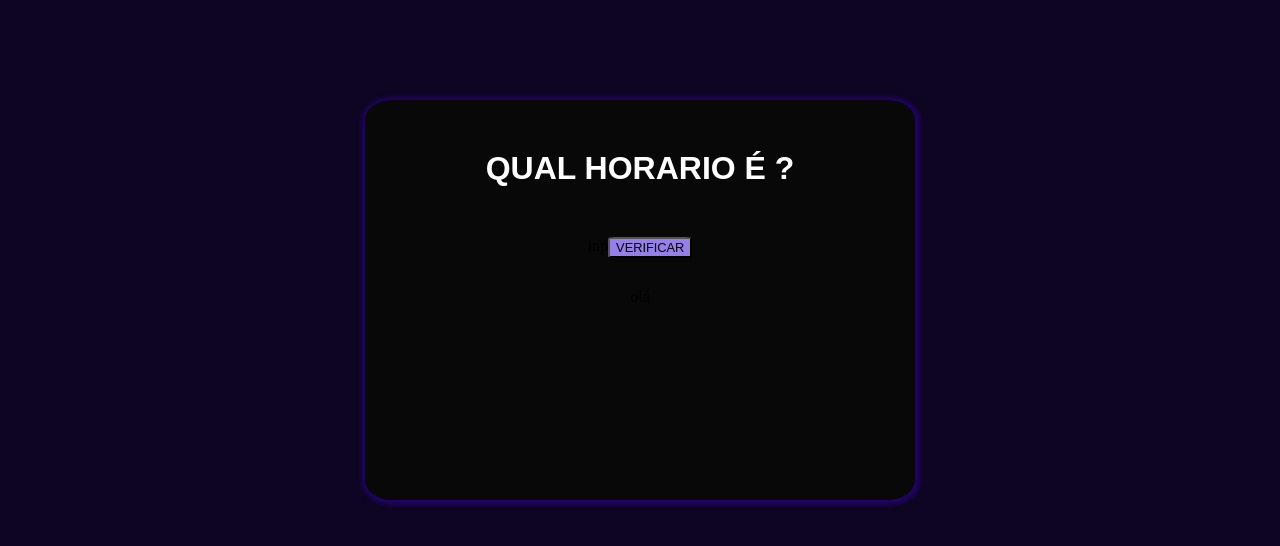
Repository: Ramonuriel/JS-Projetos
Page: Qual horario é/index.html
An editor plug-in stored every save of this project. The page is shown before and after the next save, followed by the edit.
The browser window is 1280 px wide. The pictures show the whole page.

Above is the page before, as saved 2022-11-14 16:12:32.

### Qual horario é/index.html
<!DOCTYPE html>
<html lang="pt-Br">

<head>
  <meta charset="UTF-8">
  <meta http-equiv="X-UA-Compatible" content="IE=edge">
  <meta name="viewport" content="width=device-width, initial-scale=1.0">
  <link rel="stylesheet" href="Css/style.css">
  <title>Qual Estação estamos ? ?</title>
</head>

<body>
  <section class="projeto">
    <h1 class="title-projeto">
      Qual Horario é ?
    </h1>
    <div class="box">
      inp
      <button class="btn" type="submit">Verificar</button>
    </div>
    <div class="resultado">

    </div>
  </section>


  <script src="/Js/script.js"></script>
</body>

</html>

### Qual horario é/Css/style.css
html {
  margin: 0%;
  padding: 0%;
  max-width: 1400px;
  max-height: 700px;
}
body {
  background-color: rgb(14, 5, 34);
}
.projeto {
  margin-top: 100px;
  margin-left: auto;
  margin-right: auto;
  display: flex;
  flex-direction: column;
  align-items: center;
  box-sizing: content-box;
  width: 550px;
  background-color: rgb(8, 8, 8);
  height: 400px;
  border-radius: 5%;
  box-shadow: 1px 1px 4px 4px rgb(31, 4, 100);
}

.title-projeto {
  text-transform: uppercase;
  font-family: Arial, sans-serif;
  font-size: 2rem;
  color: white;
  margin-top: 50px;
  margin-bottom: 50px;
}

.box {
  display: flex;
}
#data {
  width: 200px;
  height: 25px;
  background-color: rgb(150, 127, 233);
  color: black;
  margin-right: 20px;
  font-size: 1rem;
  text-align: center;
  border-radius: 8%;
}

.btn {
  font-size: 0.8rem;
  text-transform: uppercase;
  border-radius: 8%;
  cursor: pointer;
  background-color: rgb(150, 127, 233);
}

.resultado {
  display: flex;
  flex-direction: column;
  align-items: center;
  margin-top: 30px;
  width: 90%;
  height: 200px;
}

### Qual horario é/Js/script.js
var btn = document.querySelector('.btn')
var calendario = document.querySelector('#data')
var res = document.querySelector('.resultado')
btn.addEventListener('click', clicar())

function clicar() {
  res.innerHTML = 'olá'
}

After the next save:
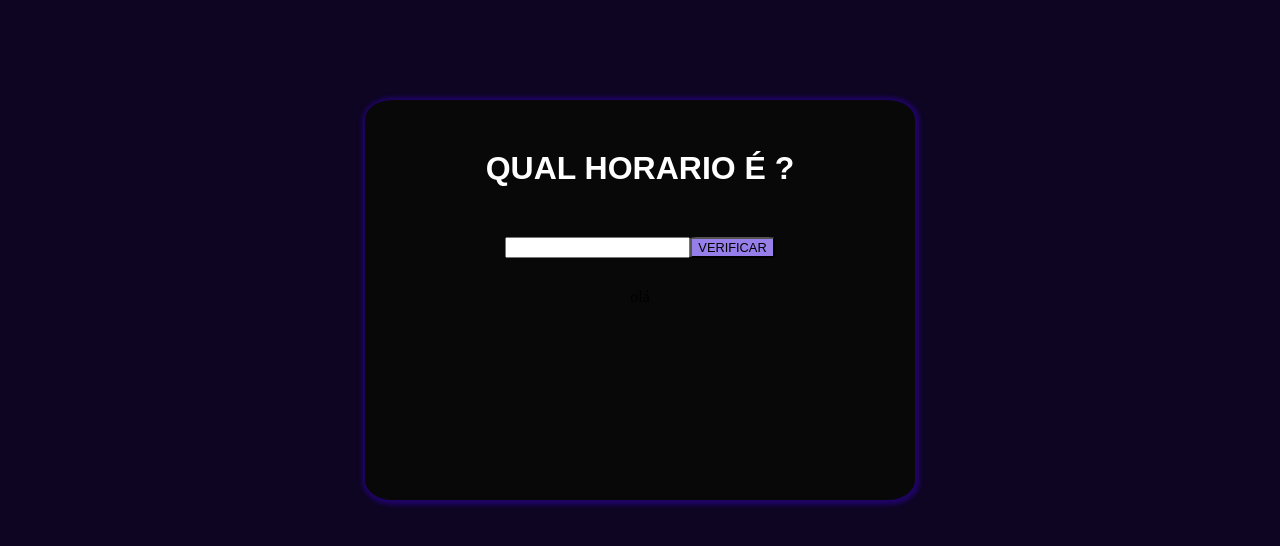
Saved 7 s later.
--- a/Qual horario é/index.html
+++ b/Qual horario é/index.html
@@ -15,7 +15,7 @@
       Qual Horario é ?
     </h1>
     <div class="box">
-      inp
+      <input type="datetime" name="" id="">
       <button class="btn" type="submit">Verificar</button>
     </div>
     <div class="resultado">
